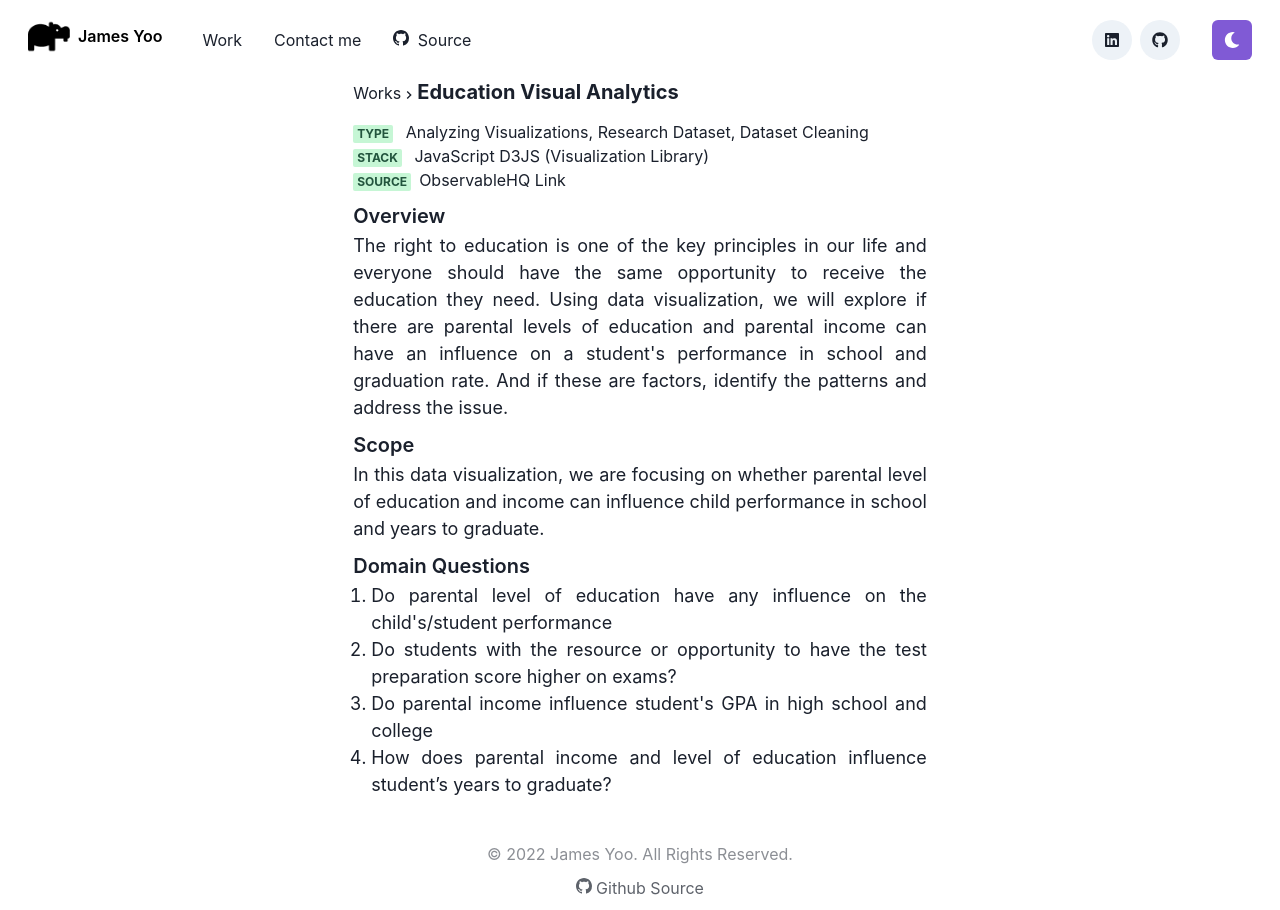
Repository: jammy729/portfolio-2022
Page: /work/educationvisualanalytics
These files come from the project's save history. The page is drawn as it stood at one moment and after the next save; the edit follows.
The browser window is 1280 px wide. The pictures show the whole page.
The project was rebuilt for these pictures with package versions that can differ from the ones it lists, and the page was loaded fresh each time. Also part of the build but not shown: src/components/home.js, src/components/contact.js, src/components/layouts/layout.js, src/components/work/work.js, src/components/work/Development/WorldInstitutionDatabase/worldinstitutiondatabase.js, src/components/work/Development/GeoMemories/geomemories.js, src/components/work/Design/ExperienceDesign/experiencedesign.js, src/components/work/Development/PersonalPortfolio/personalportfolio.js. Imported but missing from the stored project, and not drawn on this page: src/components/work/Design/FinestCup/finestcup, src/components/work/Development/WorldInstitutionDatabase/universityDatabase.mp4.

Above is the page before, as saved 2022-06-28 15:10:42.

### public/index.html
<!DOCTYPE html>
<html lang="en">
  <head>
    <meta charset="utf-8" />
    <meta name="viewport" content="width=device-width, initial-scale=1" />

    <link rel="shortcut icon" href="%PUBLIC_URL%/hippo.png" />
    <link rel="manifest" href="%PUBLIC_URL%/manifest.json" />

    <title>James Yoo</title>
  </head>
  <body>
    <div id="root"></div>
  </body>
</html>

### src/index.js
import React from 'react'
import ReactDOM from 'react-dom/client'
import './index.css'
import App from './components/App'
import { ChakraProvider, ColorModeScript } from '@chakra-ui/react'

const root = ReactDOM.createRoot(document.getElementById('root'))
root.render(
  <React.StrictMode>
    <ChakraProvider>
      <ColorModeScript initialColorMode='light' />
      <App />
    </ChakraProvider>
  </React.StrictMode>
)

### src/index.css
html, body {
    height: 100%;
  }

### src/components/App.js
import React from 'react'
import Navbar from './navbar'
import { BrowserRouter as Router, Routes, Route } from 'react-router-dom'
import Home from './home'
import Contact from './contact'
import Work from './work/work'
import Footer from './footer'

import UniversityDatabase from './work/Development/WorldInstitutionDatabase/worldinstitutiondatabase'
import GeoMemories from './work/Development/GeoMemories/geomemories'
import FinestCup from './work/Design/FinestCup/finestcup'
import ExperienceDesign from './work/Design/ExperienceDesign/experiencedesign'
import EducationVisualAnalytic from './work/Development/EducationVisualAnalytics/educationvisualanalytics'
import PersonalPortfolio from './work/Development/PersonalPortfolio/personalportfolio'

const App = () => {
  return (
    <Router>
      <Navbar />
      <Routes>
        <Route exact path='/' element={<Home />} />

        <Route exact path='/work' element={<Work />} />
        <Route
          exact
          path='/work/worldinstitutiondatabase'
          element={<UniversityDatabase />}
        />
        <Route exact path='/work/geomemories' element={<GeoMemories />} />
        <Route
          exact
          path='/work/educationvisualanalytics'
          element={<EducationVisualAnalytic />}
        />
        <Route
          exact
          path='/work/personalportfolio'
          element={<PersonalPortfolio />}
        />

        <Route exact path='/work/finestcup' element={<FinestCup />} />
        <Route
          exact
          path='/work/experiencedesign'
          element={<ExperienceDesign />}
        />
        <Route exact path='/contact' element={<Contact />} />
      </Routes>
      <Footer />
    </Router>
  )
}

export default App

### src/components/navbar.js
import { Link } from 'react-router-dom'
import { IconButton } from '@chakra-ui/button'
import { useColorMode } from '@chakra-ui/color-mode'
import { HamburgerIcon } from '@chakra-ui/icons'
import { GoMarkGithub } from 'react-icons/go'
import {
  Flex,
  Stack,
  HStack,
  Spacer,
  MenuItem,
  MenuButton,
  Menu,
  MenuList,
  Box,
  MenuGroup,
  Text,
  Icon
} from '@chakra-ui/react'
import { FaSun, FaMoon, FaGithub, FaLinkedin } from 'react-icons/fa'

import Logo from './logo'
const Navbar = () => {
  const { colorMode, toggleColorMode } = useColorMode()
  const isDark = colorMode === 'dark'
  return (
    <Stack direction={'row'} p={5}>
      <Flex w='full' mx={2}>
        <Logo />

        <HStack
          ml={7}
          justifyContent='center'
          display={{ base: 'none', lg: 'flex' }}
        >
          <Menu>
            <Box px={3}>
              <Link to='./work'>
                <Text>Work</Text>
              </Link>
            </Box>
            <Box px={3}>
              <Link to='/contact'>Contact me</Link>
            </Box>
            <Box px={3} alignItems='center' display='inline-flex'>
              <a
                href='https://github.com/jammy729/portfolio-2022'
                target='blank'
              >
                <Icon as={GoMarkGithub} mr={1} /> Source
              </a>
            </Box>
          </Menu>
        </HStack>

        <Spacer />

        <Box flex={3} align='right' fontSize='md' fontWeight='semibold'>
          <Box flex={1} display={{ base: 'inline-block', lg: 'none' }}>
            <Menu isLazy id='navbar-menu'>
              <IconButton
                boxSize='3rem'
                mx={1}
                icon={isDark ? <FaSun /> : <FaMoon />}
                onClick={toggleColorMode}
                colorScheme={isDark ? 'orange' : 'purple'}
              />
              <MenuButton
                boxSize='3rem'
                as={IconButton}
                icon={<HamburgerIcon />}
                aria-label='Options'
                colorScheme={isDark ? 'blue' : 'blackAlpha'}
              />
              <MenuList w={['80vw', '50vw']}>
                <MenuGroup>
                  <MenuItem pl={5}>
                    <Link to='./work'>Work</Link>
                  </MenuItem>
                  <MenuItem pl={5}>
                    <Link to='./contact'>Contact</Link>
                  </MenuItem>
                  <MenuItem pl={5}>
                    <a
                      href='https://www.linkedin.com/in/james-yoo-b4a1231a5/'
                      target='blank'
                    >
                      <Icon as={FaLinkedin} mr={1} />
                      LinkedIn
                    </a>
                  </MenuItem>
                  <MenuItem pl={5}>
                    <a href='https://github.com/jammy729' target='blank'>
                      <Icon as={GoMarkGithub} mr={1} />
                      GitHub
                    </a>
                  </MenuItem>
                </MenuGroup>
              </MenuList>
            </Menu>
          </Box>
        </Box>

        <Box display={{ base: 'none', lg: 'flex' }}>
          <a
            href='https://www.linkedin.com/in/james-yoo-b4a1231a5/'
            target='blank'
          >
            <IconButton
              icon={<FaLinkedin />}
              isRound='true'
              linkButton={true}
              mx={2}
            />
          </a>
          <a href='https://github.com/jammy729' target='blank'>
            <IconButton icon={<FaGithub />} isRound='true' linkButton={true} />
          </a>
          <IconButton
            ml={8}
            icon={isDark ? <FaSun /> : <FaMoon />}
            onClick={toggleColorMode}
            colorScheme={isDark ? 'orange' : 'purple'}
          />
        </Box>
      </Flex>
    </Stack>
  )
}

export default Navbar

### src/components/footer.js
import { Box, Icon, Text, Container, HStack } from '@chakra-ui/react'
import styled from '@emotion/styled'
import { GoMarkGithub } from 'react-icons/go'

const Bottom = styled.div`
  position: relative;
  width: 100%;
  text-align: center;
  padding-bottom: 10px;
`

const Footer = () => {
  return (
    <Box as='footer'  w="100%" position="absolute" justifyContent="space-between" mt='2rem'>
      <Container opacity={0.5}>
        <Bottom>
          &copy; {new Date().getFullYear()} James Yoo. All Rights Reserved.
        </Bottom>
      </Container>

      <HStack>
        <Bottom>
          <a
            href='https://github.com/jammy729/portfolio-2022'
            target='_blank'
            rel='noopener noreferrer'
          >
            <Text
              opacity={0.7}
              _hover={{
                opacity: '1'
              }}
            >
              <Icon as={GoMarkGithub} mr={1} />
              Github Source
            </Text>
          </a>
        </Bottom>
      </HStack>
    </Box>
  )
}

export default Footer

### src/components/work/Development/EducationVisualAnalytics/educationvisualanalytics.js
import React from 'react'
import { Title, WorkImage, Tag } from '../../../layouts/work-grid'
import { Box, Container, List, ListItem, OrderedList } from '@chakra-ui/react'
import { Writing, DescriptionText } from '../../layout'

const EducationVisualAnalytics = () => {
  return (
    <Box>
      <Container>
        <Title>Education Visual Analytics</Title>
        {/* BADGES  */}
        <List>
          <ListItem>
            <Tag> Type </Tag> Analyzing Visualizations, Research Dataset,
            Dataset Cleaning
          </ListItem>
          <ListItem>
            <Tag> Stack </Tag> JavaScript D3JS (Visualization Library)
          </ListItem>
          <ListItem>
            <Tag> Source </Tag>
            <a
              target='blank'
              href='https://observablehq.com/@jamesyoo/iat-355-final-project-spring-2021/2'
            >
              ObservableHQ Link
            </a>
          </ListItem>
        </List>

        {/* OVERVIEW   */}
        <Writing size='md' title='Overview' />
        <DescriptionText>
          The right to education is one of the key principles in our life and
          everyone should have the same opportunity to receive the education
          they need. Using data visualization, we will explore if there are
          parental levels of education and parental income can have an influence
          on a student's performance in school and graduation rate. And if these
          are factors, identify the patterns and address the issue.
        </DescriptionText>

        {/* SCOPE  */}
        <Writing size='md' title='Scope' />
        <DescriptionText>
          In this data visualization, we are focusing on whether parental level
          of education and income can influence child performance in school and
          years to graduate.
        </DescriptionText>

        {/* DOMAIN QUESTIONS  */}
        <Writing size='md' title='Domain Questions' />
        <DescriptionText>
          <OrderedList>
            <ListItem>
              Do parental level of education have any influence on the
              child's/student performance
            </ListItem>
            <ListItem>
              Do students with the resource or opportunity to have the test
              preparation score higher on exams?
            </ListItem>
            <ListItem>
              Do parental income influence student's GPA in high school and
              college
            </ListItem>
            <ListItem>
              How does parental income and level of education influence
              student’s years to graduate?
            </ListItem>
          </OrderedList>
        </DescriptionText>
      </Container>
    </Box>
  )
}

export default EducationVisualAnalytics

/* <Center>
<Container>
  <Title>Education Visual Analytic</Title>
  <Text fontSize={isLargeScreen ? "lg" : "lg"} py={3}>
    Designed and implemented an interactive visualization for
    multidimensional data using Observable.{" "}
  </Text>
  <Text fontSize={isLargeScreen ? "lg" : "lg"} py={3}>
    Implemented two datasets to investigate and question the impact of
    parental levels of education and income on the student's performance
    in school and graduation rate.
  </Text>
  <List py={2}>
    <ListItem>
      <Tag>Type</Tag> Academic Project
    </ListItem>
    <ListItem>
      <Tag>Stack</Tag> JavaScript and D3JS (visualization library)
    </ListItem>
    <ListItem>
      <Tag>Website</Tag>{" "}
      <a href="https://observablehq.com/@jamesyoo/iat-355-final-project-spring-2021/2">
        https://observablehq.com/@jamesyoo/iat-355-final-project-spring-2021/2
      </a>
    </ListItem>
  </List>
</Container>
</Center> */

### src/components/logo.js
import React from 'react'
import { Box, Center, Image, Heading, Text } from '@chakra-ui/react'
import { Link } from 'react-router-dom'
import { useColorMode } from '@chakra-ui/color-mode'
import styled from '@emotion/styled'
import HippoImg from '../contents/hippo.png'
import HippoImgDark from '../contents/hippo-dark.png'
import { useMediaQuery } from '@chakra-ui/react'

const LogoBox = styled.span`
  display: inline-flex;
  align-items: center;

  &:hover img {
    transform: rotate(-10deg);
  }
`
const Logo = () => {
  const { colorMode } = useColorMode()
  const isDark = colorMode === 'dark'
  const [isLargeScreen] = useMediaQuery('(min-width:750px)')
  return (
    <Box>
      <Center>
        <LogoBox>
          <Image
            src={isDark ? HippoImgDark : HippoImg}
            w={{ base: '50px' }}
            pr={2}
          />
          <Heading
            justifyContent='center'
            size={isLargeScreen ? 'md' : 'md'}
            fontWeight='semibold'
            color={isDark ? 'white' : 'black'}
          >
            <Link to='/'>
              <Text fontSize='md'>James Yoo</Text>
            </Link>
          </Heading>
        </LogoBox>
      </Center>
    </Box>
  )
}

export default Logo

### src/components/layouts/work-grid.js
import React from 'react'
import { Link } from 'react-router-dom'
import {
  Box,
  LinkBox,
  LinkOverlay,
  Text,
  Image,
  Heading,
  Badge,
  Center
} from '@chakra-ui/react'
import { useMediaQuery } from '@chakra-ui/media-query'
import { ChevronRightIcon } from '@chakra-ui/icons'
import { useColorMode } from '@chakra-ui/color-mode'

export const WorkGrid = ({ children, id, title, thumbnail }) => {
  const [isLargeScreen] = useMediaQuery('(min-width:750px)')

  return (
    <Box maxW='100%' maxH='auto' pb={6} textAlign='center' position='relative'>
      <Link to={`/work/${id}`}>
        <LinkBox cursor='pointer'>
          <Image
            objectFit='cover'
            margin='auto'
            src={thumbnail}
            alt={title}
            placeholder='blur'
            w='100%'
            h={isLargeScreen ? '300px' : '270px'}
            borderRadius='lg'
            fallbackSrc='https://via.placeholder.com/150'
          />
          <LinkOverlay to={`/work/${id}`}>
            <Text mt={2} fontSize={20} fontWeight='semibold'>
              {title}
            </Text>
          </LinkOverlay>
          <Text fontSize={14} px={5}>
            {children}
          </Text>
        </LinkBox>
      </Link>
    </Box>
  )
}

export const Title = ({ children }) => (
  <Box>
    <Link to='/work'>Works</Link>
    <span>
      <ChevronRightIcon />
    </span>
    <Heading display='inline-block' as='h3' fontSize={20} mb={4}>
      {children}
    </Heading>
  </Box>
)

export const WorkImage = ({ src, alt, caption, w }) => {
  const { colorMode } = useColorMode()

  const isDark = colorMode === 'dark'
  return (
    <Box mb={3}>
      <Image borderRadius='2xl' w={w} src={src} alt={alt} mt={4} />
      <Center>
        <Text color={isDark ? 'gray.300' : 'gray.500'}>{caption}</Text>
      </Center>
    </Box>
  )
}

export const Tag = ({ children }) => (
  <Badge colorScheme='green' mr={2}>
    {children}
  </Badge>
)

### src/components/work/layout.js
import React from 'react'
import { Link } from 'react-router-dom'
import { useColorMode } from '@chakra-ui/color-mode'
import { useMediaQuery } from '@chakra-ui/media-query'

import {
  Center,
  Flex,
  Box,
  Text,
  Button,
  Stack,
  Heading,
  Image
} from '@chakra-ui/react'
import profile from '../work/Home/profile.JPG'
export const HeroSection = ({ name, role, work, contact, src }) => {
  const { colorMode } = useColorMode()
  const isDark = colorMode === 'dark'

  const [isLargeScreen] = useMediaQuery('(min-width:750px)')
  return (
    <Center>
      <Flex>
        <Box>
          <Center>
            <Image
              boxSize={isLargeScreen ? '300px' : '250px'}
              src={profile}
              objectFit='cover'
              borderRadius='lg'
            />
          </Center>

          <Text fontSize='3xl' fontWeight='semibold'>
            {name}
          </Text>
          <Text color={isDark ? 'gray.200' : 'black'} mb={4}>
            {role}
          </Text>
          <Stack direction={isLargeScreen ? 'row' : 'column'}>
            <Link to='./work'>
              <Button
                colorScheme='teal'
                cursor='pointer'
                variant='solid'
                w='100%'
              >
                {work}
              </Button>
            </Link>

            <Link to='./contact'>
              <Button
                colorScheme='teal'
                cursor='pointer'
                variant='outline'
                w='100%'
              >
                {contact}
              </Button>
            </Link>
          </Stack>
        </Box>
      </Flex>
    </Center>
  )
}

export const About = ({ title, bio }) => {
  const [isLargeScreen] = useMediaQuery('(min-width:750px)')

  return (
    <Center>
      <Box width={isLargeScreen ? '600px' : '80%'} margin='auto'>
        <Heading size={isLargeScreen ? 'md' : 'lg'} as='u'>
          {title}
        </Heading>
        <Text
          textAlign='justify'
          py='10px'
          fontSize={{ sm: 'lg', md: 'lg', lg: 'md' }}
        >
          {bio}
        </Text>
      </Box>
    </Center>
  )
}

export const Writings = ({ size, title, description }) => {
  return (
    <>
      <Heading size={size} mt={3} mb={1} fontWeight='semibold'>
        {title}
      </Heading>
      <Text mb={3} fontSize='lg' textAlign='justify'>
        {description}
      </Text>
    </>
  )
}

export const Writing = ({ size, title }) => {
  return (
    <>
      <Heading size={size} mt={3} mb={1} fontWeight='semibold'>
        {title}
      </Heading>
    </>
  )
}

export const DescriptionText = ({ children }) => {
  return (
    <>
      <Text mb={3} fontSize='lg' textAlign='justify'>
        {children}
      </Text>
    </>
  )
}

After the next save:
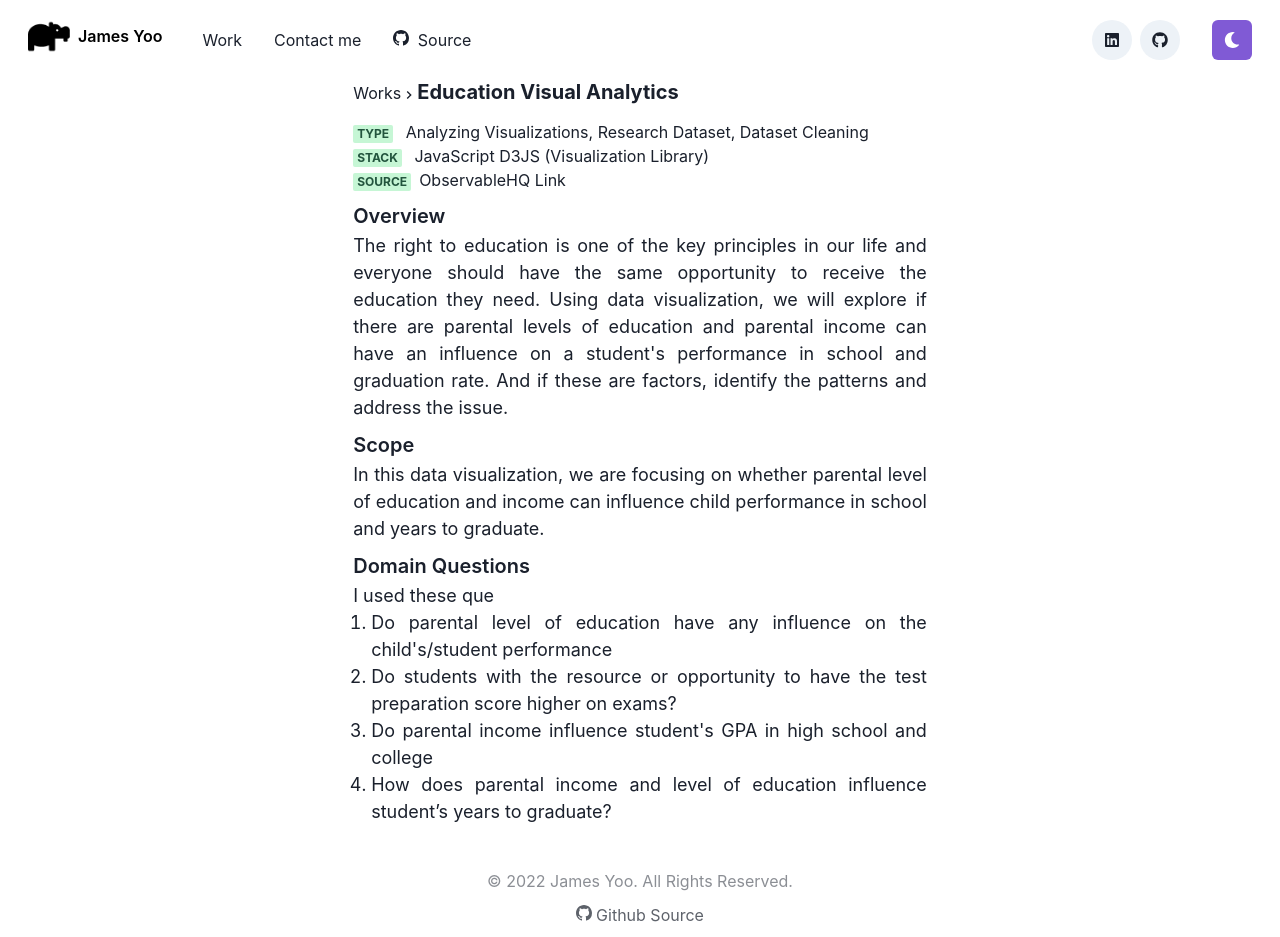
Saved 2 min 37 s later.
--- a/src/components/work/Development/EducationVisualAnalytics/educationvisualanalytics.js
+++ b/src/components/work/Development/EducationVisualAnalytics/educationvisualanalytics.js
@@ -50,6 +50,7 @@ const EducationVisualAnalytics = () => {
         {/* DOMAIN QUESTIONS  */}
         <Writing size='md' title='Domain Questions' />
         <DescriptionText>
+          I used these que
           <OrderedList>
             <ListItem>
               Do parental level of education have any influence on the
